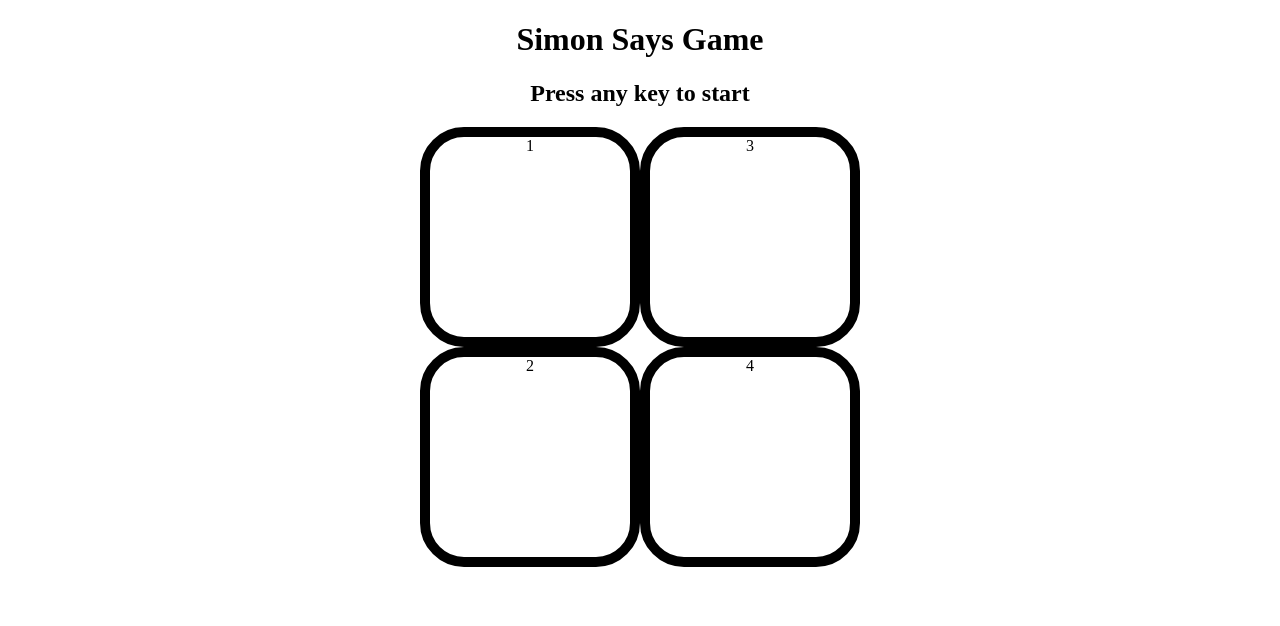
Repository: Manish-tomar-aligarh/Simon-Says-Game
Page: index.html
An editor plug-in stored every save of this project. The page is shown before and after a run of saves, followed by the edit.
The browser window is 1280 px wide. The pictures show the whole page.

Above is the page before, as saved 2025-05-25 11:28:41.

### index.html
<!DOCTYPE html>
<html lang="en">
<head>
    <meta charset="UTF-8">
    <meta name="viewport" content="width=device-width, initial-scale=1.0">
    <title>Simon Says Game</title>
    <link rel="stylesheet" href="style.css">
</head>
<body>
    <h1>Simon Says Game</h1>
    <h2>Press any key to start</h2>

    <div class="box-container">

        <div class="line-one">
            <div class="btn">1</div>
        <div class="btn">2</div>

        </div>
        <div class="line-two">
            <div class="btn">3</div>
        <div class="btn">4</div>

        </div>


    </div>

    <script src="app.js"></script>

</body>
</html>

### style.css
body{
    text-align: center;
}

.btn{
    height:200px;
    width:200px;
    border-radius: 20%;
    border : 10px solid black;
}

.box-container{
    display:flex;
    justify-content: center;

}

Loaded but not shown: app.js (no copy from this time; the picture is the same without it)

After the next 3 saves:
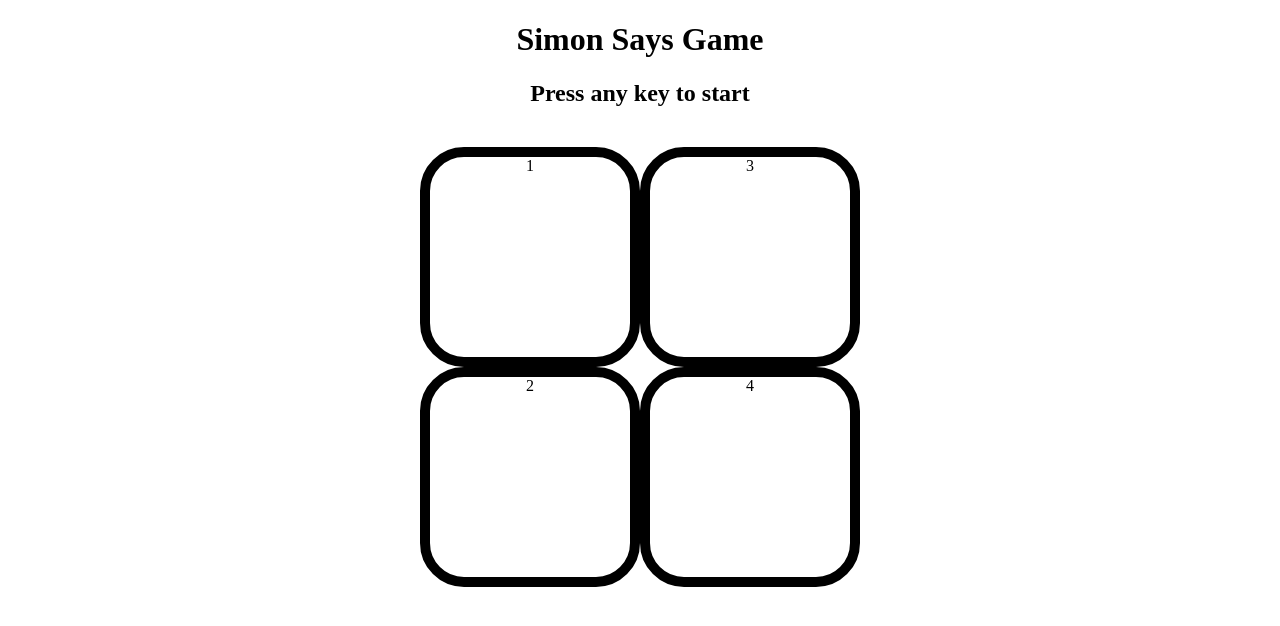
The 3 saves are shown as one change because they came seconds apart.
The last was saved 10 s later.
--- a/style.css
+++ b/style.css
@@ -12,5 +12,5 @@
 .box-container{
     display:flex;
     justify-content: center;
-
+    margin :2.5rem;
 }

After the save that followed:
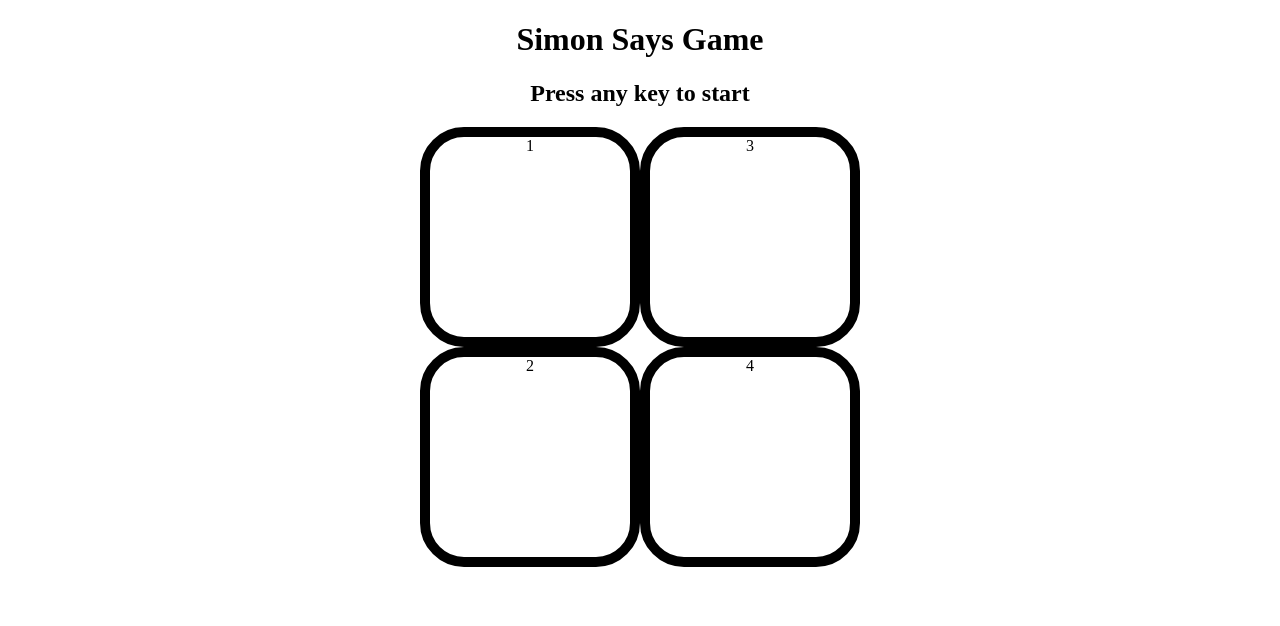
Saved 11 s later.
--- a/style.css
+++ b/style.css
@@ -12,5 +12,5 @@
 .box-container{
     display:flex;
     justify-content: center;
-    margin :2.5rem;
+
 }
